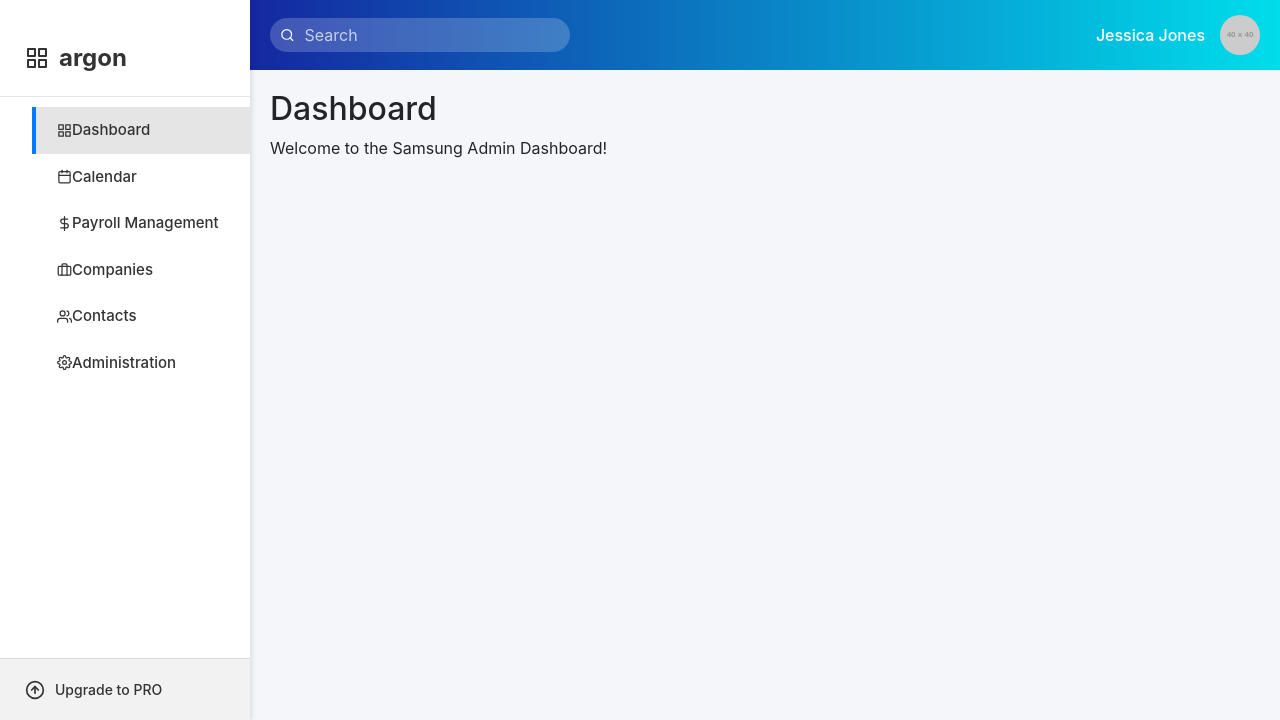
Repository: lenb2109136/HTTTQL
Page: /
These files come from the project's save history. The page is drawn as it stood at one moment and after the next save; the edit follows.
The browser window is 1280 px wide. The pictures show the whole page.
The project was rebuilt for these pictures with package versions that can differ from the ones it lists, and the page was loaded fresh each time.

Above is the page before, as saved 2025-03-28 12:22:10.

After the next save:
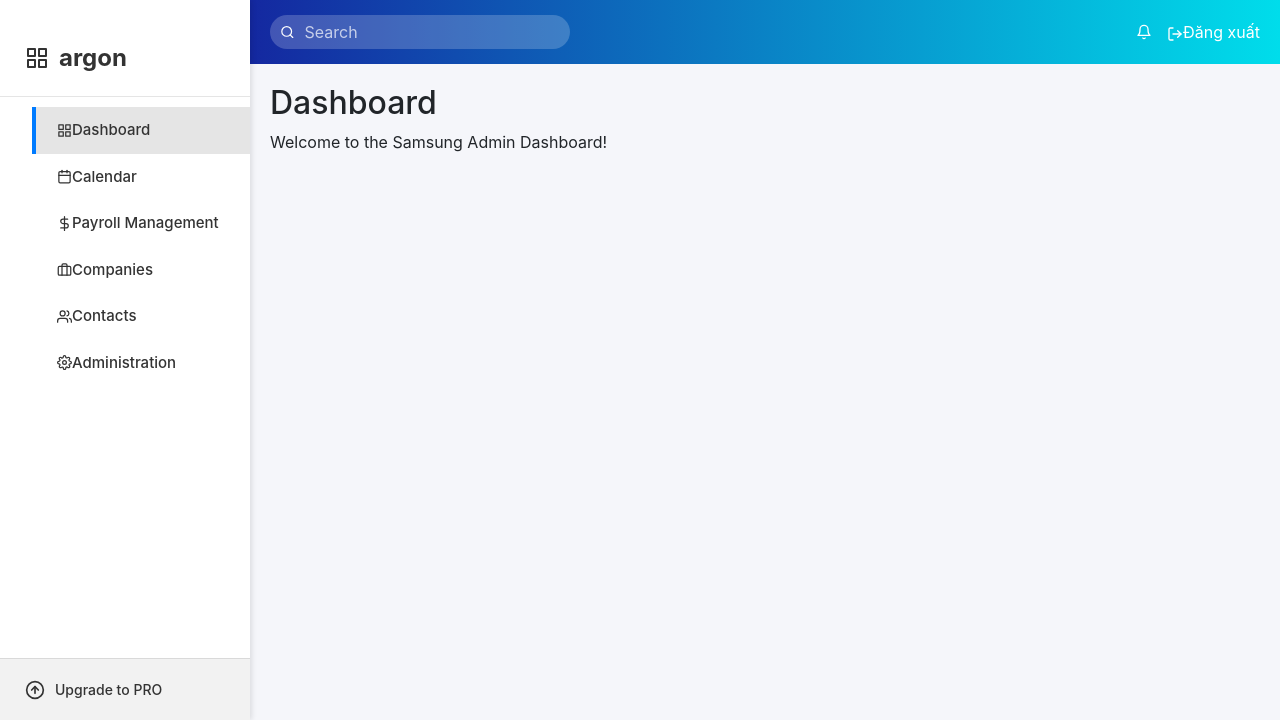
Saved 50 s later.
--- a/src/component/admin/Header-Admin.js
+++ b/src/component/admin/Header-Admin.js
@@ -1,15 +1,8 @@
-// src/components/Header.js
-import React, { useState } from 'react';
-import { FiSearch, FiLogOut } from 'react-icons/fi';
-import './admin-style/Header-Admin.css';
+import React from 'react';
+import { FiSearch, FiLogOut, FiBell } from 'react-icons/fi';
+import './Header.css'; // Adjusted import to match the provided file location
 
 const Header = () => {
-  const [isDropdownOpen, setIsDropdownOpen] = useState(false);
-
-  const toggleDropdown = () => {
-    setIsDropdownOpen(!isDropdownOpen);
-  };
-
   return (
     <div className="header">
       {/* Thanh tìm kiếm */}
@@ -18,23 +11,12 @@
         <input type="text" placeholder="Search" />
       </div>
 
-      {/* Phần bên phải: Tên người dùng và Avatar */}
+      {/* Phần bên phải: Biểu tượng thông báo và nút đăng xuất */}
       <div className="header-right">
-        <span className="user-name">Jessica Jones</span>
-        <div className="user-profile">
-          <div className="avatar" onClick={toggleDropdown}>
-            <img src="https://via.placeholder.com/40" alt="User Avatar" />
-          </div>
-          {isDropdownOpen && (
-            <div className="dropdown-menu">
-              <div className="dropdown-item">Jessica Jones</div>
-              <div className="dropdown-item">jessica.jones@samsung.com</div>
-              <div className="dropdown-item logout">
-                <FiLogOut className="logout-icon" />
-                Logout
-              </div>
-            </div>
-          )}
+        <FiBell className="notification-icon" />
+        <div className="logout-section">
+          <FiLogOut className="logout-icon" />
+          <span>Đăng xuất</span>
         </div>
       </div>
     </div>
